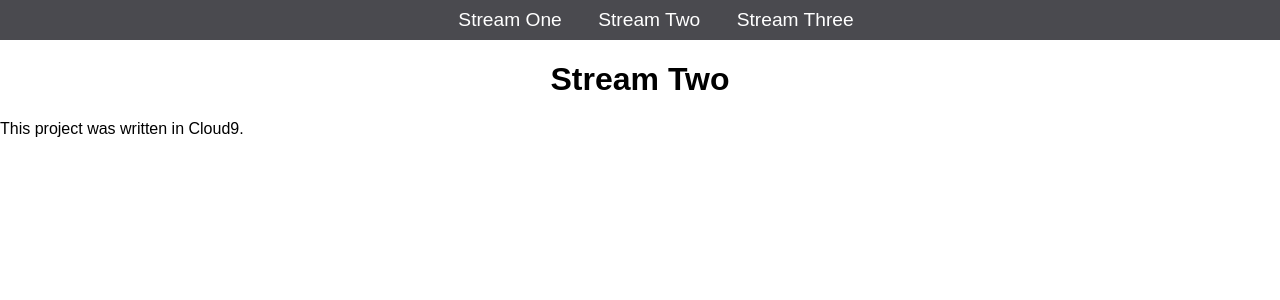
Repository: nealbrophy/CI-Streams
Page: stream-two.html
The author's editor kept a record of every edit. The page is drawn from the files as they stood at one moment, then again after the next edit.
The browser window is 1280 px wide. The pictures show the whole page.

Above is the page before.

### stream-two.html
<!DOCTYPE html>
<html>
    <head>
        <title>Stream Two</title>
        <link rel="stylesheet" href="css/style.css" type="text/css" />
    </head>
    <body>
        <nav>
            <ul>
                <li><a href="stream-one.html">Stream One</a></li>
                <li><a href="stream-two.html">Stream Two</a></li>
                <li><a href="stream-three.html">Stream Three</a></li>
            </ul>
        </nav>
        <h1>Stream Two</h1>
        <p>This project was written in Cloud9.</p>
    </body>
</html>

### css/style.css
body {
    margin: 0;
    padding: 0;
    font-family: 'Oswald', sans-serif;
}

nav ul {
    list-style: none;
    background-color: #4a4a4f;
    text-align: center;
    margin: 0;
    padding: 0;
}

nav li {
    font-size: 1.2em;
    line-height: 40px;
    height: 40px;
    display: inline-block;
    margin-left: 2.5%;
}

nav a {
    text-decoration: none;
    color: #ffffff;
    display: block;
}

nav a:hover {
    background-color: #ffffff;
    color: #4a4a4f;
}

.card {
    float: left;
    width: 20%;
    margin-left: 10%;
}

.card a {
    text-align: center;
}

img {
    width: 100%;
}

h1 {
    text-align: center;
}

After the next edit:
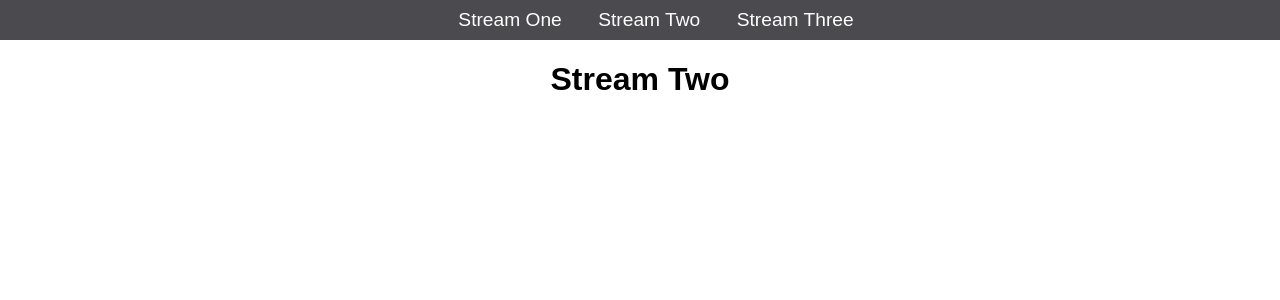
The edit:
--- a/stream-two.html
+++ b/stream-two.html
@@ -13,6 +13,11 @@
             </ul>
         </nav>
         <h1>Stream Two</h1>
-        <p>This project was written in Cloud9.</p>
+        <div class="card">
+            <a href="">
+                <img src="">
+                <h2></h2>
+            </a>
+        </div>
     </body>
 </html>
